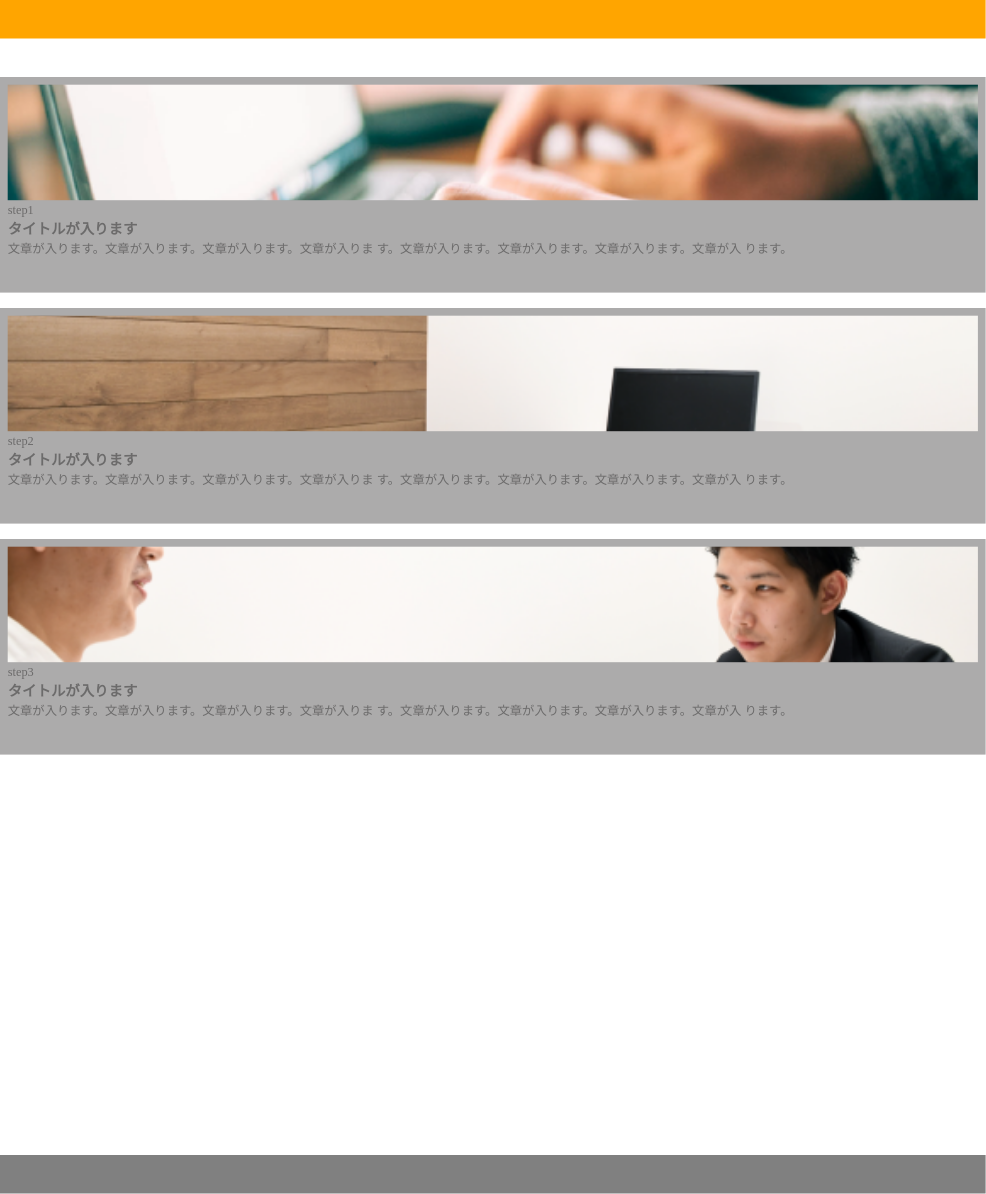
Repository: 220416/kadai1
Page: html/responsive.html
The author's editor kept a record of every edit. The page is drawn from the files as they stood at one moment, then again after the next edit.
The browser window is 1280 px wide. The pictures show the whole page, at 77% of full size.

Above is the page before.

After the next edit:
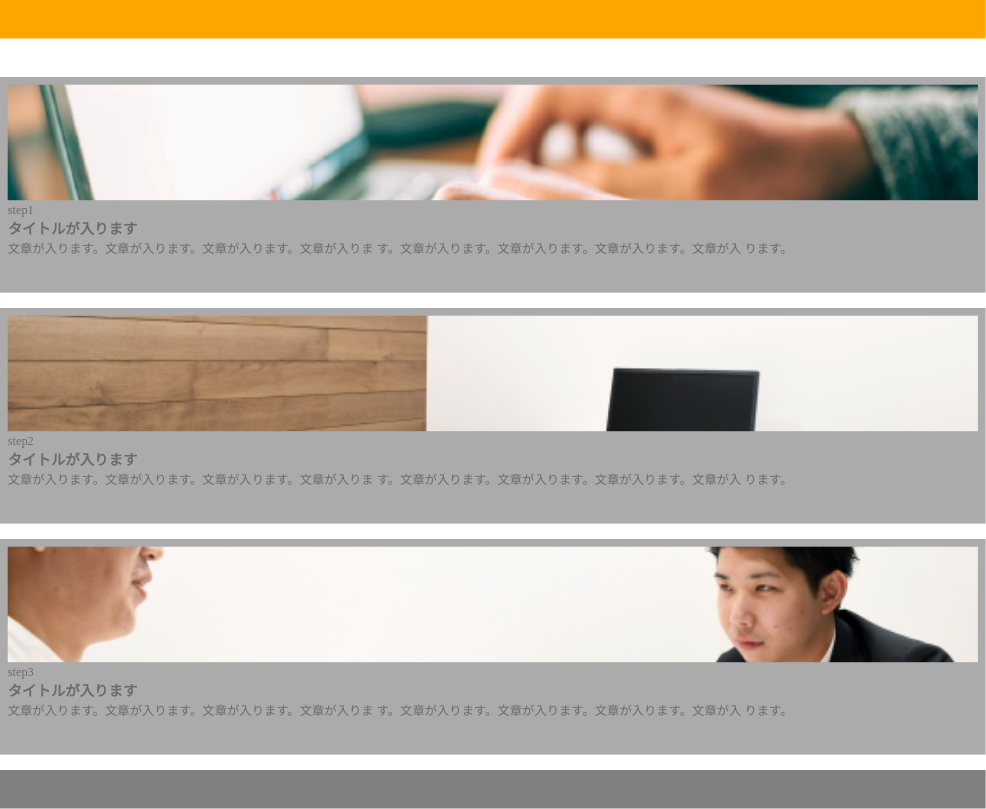
The edit:
--- a/html/responsive.css
+++ b/html/responsive.css
@@ -22,7 +22,6 @@
 }
 
 main{
-  height: 1500px;
   width:100%;
   padding: 50px 0;
   display: inline-block;
